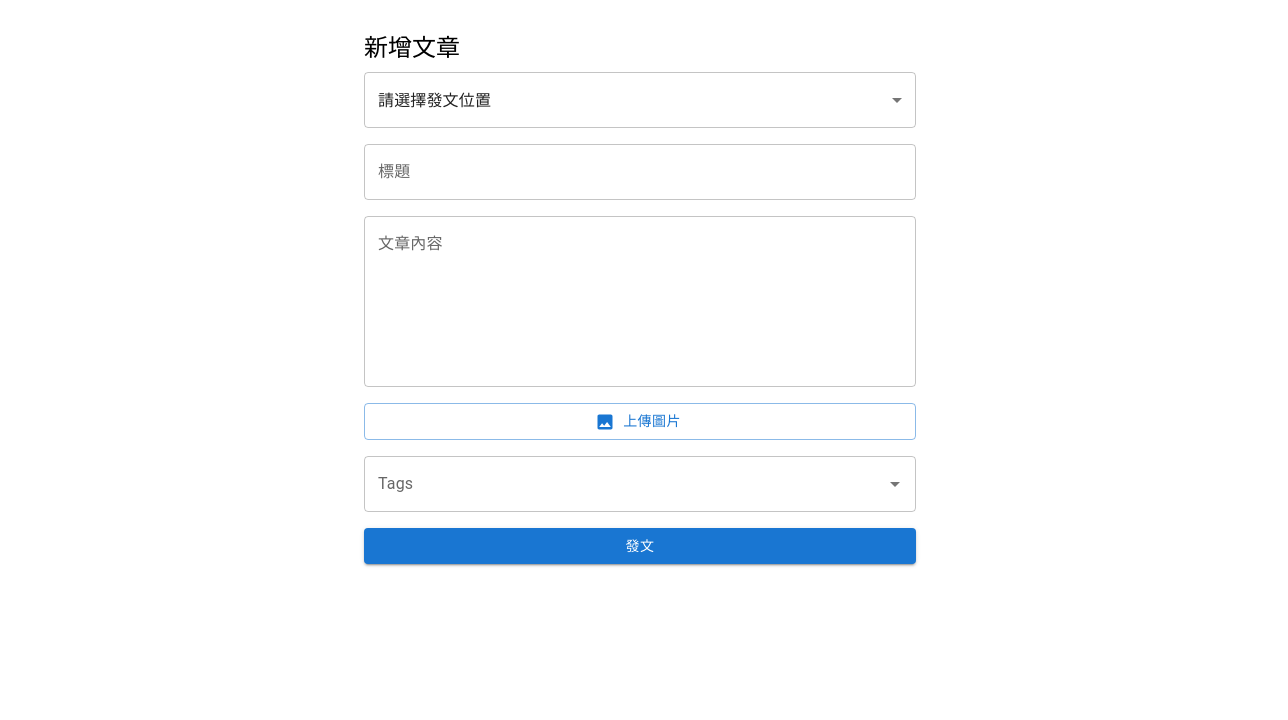
Repository: Angelaliii/SA
Page: /publish (app in next/)
The author's editor kept a copy of each file at every save. The page is drawn from the files as they stood at one save, then again after a run of saves.
The browser window is 1280 px wide. The page is 1280 px wide, then 1288 px, so the pictures cover 1288 px, including what lies to the right of the window. The pictures show the whole page.
The project was rebuilt for these pictures with package versions that can differ from the ones it lists, and the page was loaded fresh each time. The framework's server and built-in components were replaced by stand-ins that run in the browser.

Above is the page before, as saved 2025-03-24 17:25:20.

After the next 2 saves:
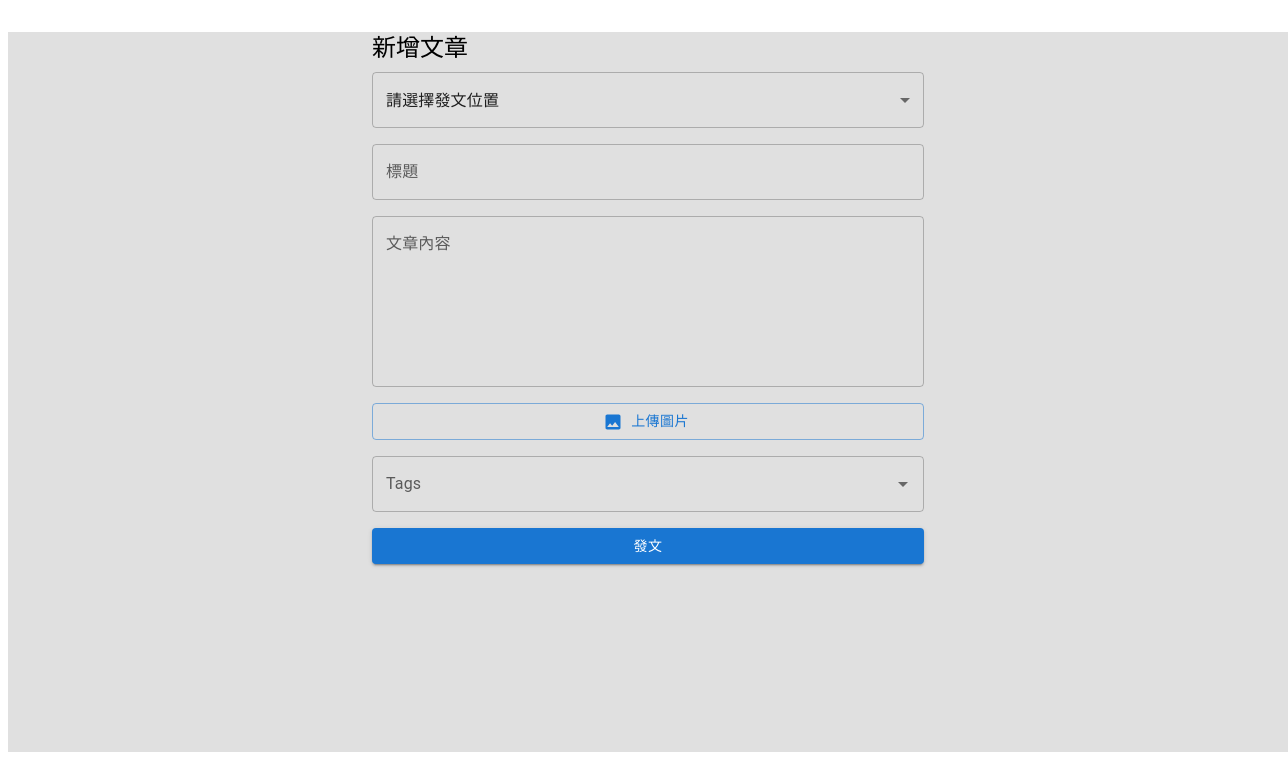
The 2 saves are shown as one change because they came seconds apart.
The last was saved 4 min 43 s later.
--- a/next/app/publish/page.tsx
+++ b/next/app/publish/page.tsx
@@ -23,7 +23,7 @@ export default function PublishPage() {
   };
 
   return (
-    <Box>
+    <Box  sx={{ width: '100vw', height: '100vh', bgcolor: 'grey.300' }}>
       <Container maxWidth="sm" sx={{ mt: 4 }}>
         <Typography variant="h5" gutterBottom>新增文章</Typography>
         <Stack spacing={2}>
